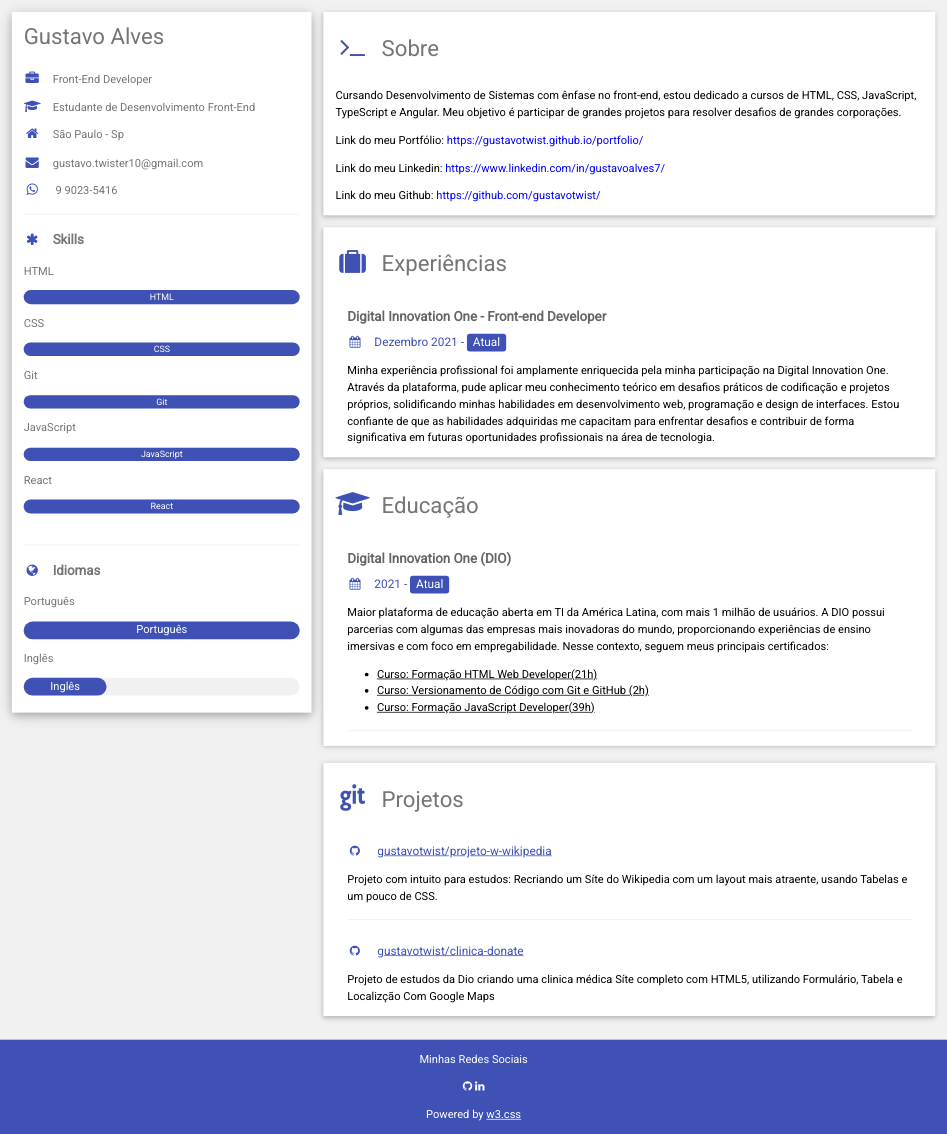
Repository: gustavotwist/cv
Page: index.html
An editor plug-in stored every save of this project. The page is shown before and after a run of saves, followed by the edit.
The browser window is 1280 px wide. The pictures show the whole page, at 74% of full size.

Above is the page before, as saved 2025-03-09 11:25:03.

### index.html
<!DOCTYPE html>
<!-- @falvojr: Reference article https://www.w3schools.com/howto/howto_website_create_resume.asp -->
<!-- @falvojr: Useful link to use fontawesome (fa) icons: https://fontawesome.com/v4/icons/ -->
<html lang="pt-BR">

  <head>
    <title>Gustavo Alves</title>

    <meta http-equiv="Content-Type" content="text/html; charset=UTF-8">
    <meta name="viewport" content="width=device-width, initial-scale=1">

    <link rel="stylesheet" href="https://www.w3schools.com/w3css/4/w3.css">
    <link rel='stylesheet' href='https://fonts.googleapis.com/css?family=Roboto'>
    <link rel="stylesheet" href="https://cdnjs.cloudflare.com/ajax/libs/font-awesome/4.7.0/css/font-awesome.min.css">

    <style>
      html,body,h1,h2,h3,h4,h5,h6 {font-family: "Roboto", sans-serif}
    </style>

  </head>

  <body class="w3-light-grey" cz-shortcut-listen="true">

    <!-- Page Container -->
    <div class="w3-content w3-margin-top" style="max-width:1400px;">

      <!-- The Grid -->
      <div class="w3-row-padding">

        <!-- Left Column -->
        <div class="w3-third">

          <div class="w3-white w3-text-grey w3-card-4">
            <!-- @falvojr: This container has been modified to not use a profile picture. -->
            <div class="w3-container">
              <h2>Gustavo Alves</h2>
            </div>
            <div class="w3-container">
              <p><i class="fa fa-briefcase fa-fw w3-margin-right w3-large w3-text-indigo"></i>Front-End Developer</p>
              <p><i class="fa fa-graduation-cap fa-fw w3-margin-right w3-large w3-text-indigo"></i>Estudante de Desenvolvimento Front-End</p>
              <p><i class="fa fa-home fa-fw w3-margin-right w3-large w3-text-indigo"></i>São Paulo - Sp</p>
              <p><i class="fa fa-envelope fa-fw w3-margin-right w3-large w3-text-indigo"></i><a href="mailto:gustavo.twister10@gmail.com" style="text-decoration: none;">gustavo.twister10@gmail.com</a></p>
              <p ><i class="fa fa-whatsapp fa-fw w3-margin-right w3-large w3-text-indigo"></i> <a href="tel:(11) 9 9023-5416" style="text-decoration: none;"> 9 9023-5416</a> </p>
              <hr>

              <p class="w3-large">
                <b><i class="fa fa-asterisk fa-fw w3-margin-right w3-text-indigo"></i>Skills</b>
              </p>
              <p>HTML</p>
              <div class="w3-light-grey w3-round-xlarge w3-small">
                <div class="w3-container w3-center w3-round-xlarge w3-indigo" style="width:100%">HTML</div>
              </div>
              <p>CSS</p>
              <div class="w3-light-grey w3-round-xlarge w3-small">
                <div class="w3-container w3-center w3-round-xlarge w3-indigo" style="width:100%">CSS</div>
              </div>
              <p>Git</p>
              <div class="w3-light-grey w3-round-xlarge w3-small">
                <div class="w3-container w3-center w3-round-xlarge w3-indigo" style="width:100%">Git</div>
              </div>
              <p>JavaScript</p>
              <div class="w3-light-grey w3-round-xlarge w3-small">
                <div class="w3-container w3-center w3-round-xlarge w3-indigo" style="width:100%">JavaScript</div>
              </div>
              <p>React</p>
              <div class="w3-light-grey w3-round-xlarge w3-small">
                <div class="w3-container w3-center w3-round-xlarge w3-indigo" style="width:100%">React</div>
              </div>
              <br>
              <hr>
              <p class="w3-large w3-text-theme">
                <b><i class="fa fa-globe fa-fw w3-margin-right w3-text-indigo"></i>Idiomas</b>
              </p>
              <p>Português</p>
              <div class="w3-light-grey w3-round-xlarge">
                <div class="w3-container w3-center w3-round-xlarge w3-indigo" style="height:24px;width:100%">Português</div>
              </div>
              <p>Inglês</p>
              <div class="w3-light-grey w3-round-xlarge">
                <div class="w3-container w3-center w3-round-xlarge w3-indigo" style="height:24px;width:30%">Inglês</div>
              </div>
              <br>
            </div>
          </div><br>

          <!-- End Left Column -->
        </div>

        <!-- Right Column -->
        <div class="w3-twothird">

          <div class="w3-container w3-card w3-white w3-margin-bottom">
            <h2 class="w3-text-grey w3-padding-16"><i class="fa fa-terminal fa-fw w3-margin-right w3-xxlarge w3-text-indigo"></i>Sobre</h2>
            <p>Cursando Desenvolvimento de Sistemas com ênfase no front-end, estou dedicado a cursos de HTML, CSS, JavaScript, TypeScript e Angular. Meu objetivo é participar de grandes projetos para resolver desafios de grandes corporações.</p>
            <p>Link do meu Portfólio: <a href="https://gustavotwist.github.io/portfolio/" target="_blank" style="color: blue; text-decoration: none;">https://gustavotwist.github.io/portfolio/</a></p>
            <p>Link do meu Linkedin: <a href="https://www.linkedin.com/in/gustavoalves7/" target="_blank" style="color: blue; text-decoration: none;">https://www.linkedin.com/in/gustavoalves7/</a></p>
            <p>Link do meu Github: <a href="https://github.com/gustavotwist/" target="_blank" style="color: blue; text-decoration: none;">https://github.com/gustavotwist/</a></p>
          </div>

          <div class="w3-container w3-card w3-white w3-margin-bottom">
            <h2 class="w3-text-grey w3-padding-16">
              <i class="fa fa-suitcase fa-fw w3-margin-right w3-xxlarge w3-text-indigo"></i>Experiências
            </h2>
            <div class="w3-container">
              <h5 class="w3-opacity"><b>Digital Innovation One - Front-end Developer</b></h5>
                <h6 class="w3-text-indigo"><i class="fa fa-calendar fa-fw w3-margin-right"></i>Dezembro 2021 - <span class="w3-tag w3-indigo w3-round">Atual</span></h6>
                <p>
                    Minha experiência profissional foi amplamente enriquecida pela minha participação na Digital Innovation One. Através da plataforma, pude aplicar meu conhecimento teórico em desafios práticos de codificação e projetos próprios, solidificando minhas habilidades em desenvolvimento web, programação e design de interfaces. Estou confiante de que as habilidades adquiridas me capacitam para enfrentar desafios e contribuir de forma significativa em futuras oportunidades profissionais na área de tecnologia.
                </p>

            </div>
          </div>

          <div class="w3-container w3-card w3-white">
            <h2 class="w3-text-grey w3-padding-16">
              <i class="fa fa-graduation-cap fa-fw w3-margin-right w3-xxlarge w3-text-indigo"></i>Educação
            </h2>
            <div class="w3-container">
              <h5 class="w3-opacity"><b>Digital Innovation One (DIO)</b></h5>
              <h6 class="w3-text-indigo"><i class="fa fa-calendar fa-fw w3-margin-right"></i>2021 - <span class="w3-tag w3-indigo w3-round">Atual</span></h6>
              <p>
                Maior plataforma de educação aberta em TI da América Latina, com mais 1 milhão de usuários.
                A DIO possui parcerias com algumas das empresas mais inovadoras do mundo, proporcionando experiências
                de ensino imersivas e com foco em empregabilidade. Nesse contexto, seguem meus principais certificados:
              </p>
              <ul>
                <li><a href="https://www.dio.me/certificate/VDSNYTO5" target="_blank">Curso: Formação HTML Web Developer(21h)</a></li>
                <li><a href="https://www.dio.me/certificate/EA66CA6A" target="_blank">Curso: Versionamento de Código com Git e GitHub (2h)</a></li>
                <li><a href="https://www.dio.me/certificate/OST0WIWG" target="_blank">Curso: Formação JavaScript Developer(39h)</a></li>
              </ul>
              <hr>
            </div>
          </div><br>
          <div class="w3-container w3-card w3-white w3-margin-bottom">
            <h2 class="w3-text-grey w3-padding-16">
              <i class="fa fa-git fa-fw w3-margin-right w3-xxlarge w3-text-indigo"></i>Projetos
            </h2>
            <div class="w3-container">
              <h6 class="w3-text-indigo">
                <i class="fa fa-github fa-fw w3-margin-right"></i>
                <a href="https://github.com/gustavotwist/projeto-w-wikipedia" target="_blank">gustavotwist/projeto-w-wikipedia</a>
              </h6>
              <p>Projeto com intuito para estudos: Recriando um Síte do Wikipedia com um layout mais atraente, usando Tabelas e um pouco de CSS.</p>
              <hr>
            </div>
            <div class="w3-container">
              <h6 class="w3-text-indigo">
                <i class="fa fa-github fa-fw w3-margin-right"></i>
                <a href="https://github.com/gustavotwist/clinica-donate" target="_blank">gustavotwist/clinica-donate</a>
              </h6>
              <p>Projeto de estudos da Dio criando uma clinica médica Síte completo com HTML5, utilizando Formulário, Tabela e Localizção Com Google Maps</p>
            </div>
          </div>

          <!-- End Right Column -->
        </div>

        <!-- End Grid -->
      </div>

      <!-- End Page Container -->
    </div>

    <footer class="w3-container w3-indigo w3-center w3-margin-top">
      <p>Minhas Redes Sociais</p>
      <a href="https://github.com/gustavotwist" target="_blank"><i class="fa fa-github w3-hover-opacity"></i></a>
      <a href="https://www.linkedin.com/in/gustavoalves7/" target="_blank"><i class="fa fa-linkedin w3-hover-opacity"></i></a>
      <p>Powered by <a href="https://www.w3schools.com/w3css/default.asp" target="_blank">w3.css</a></p>
    </footer>

  </body>

</html>

After the next 2 saves:
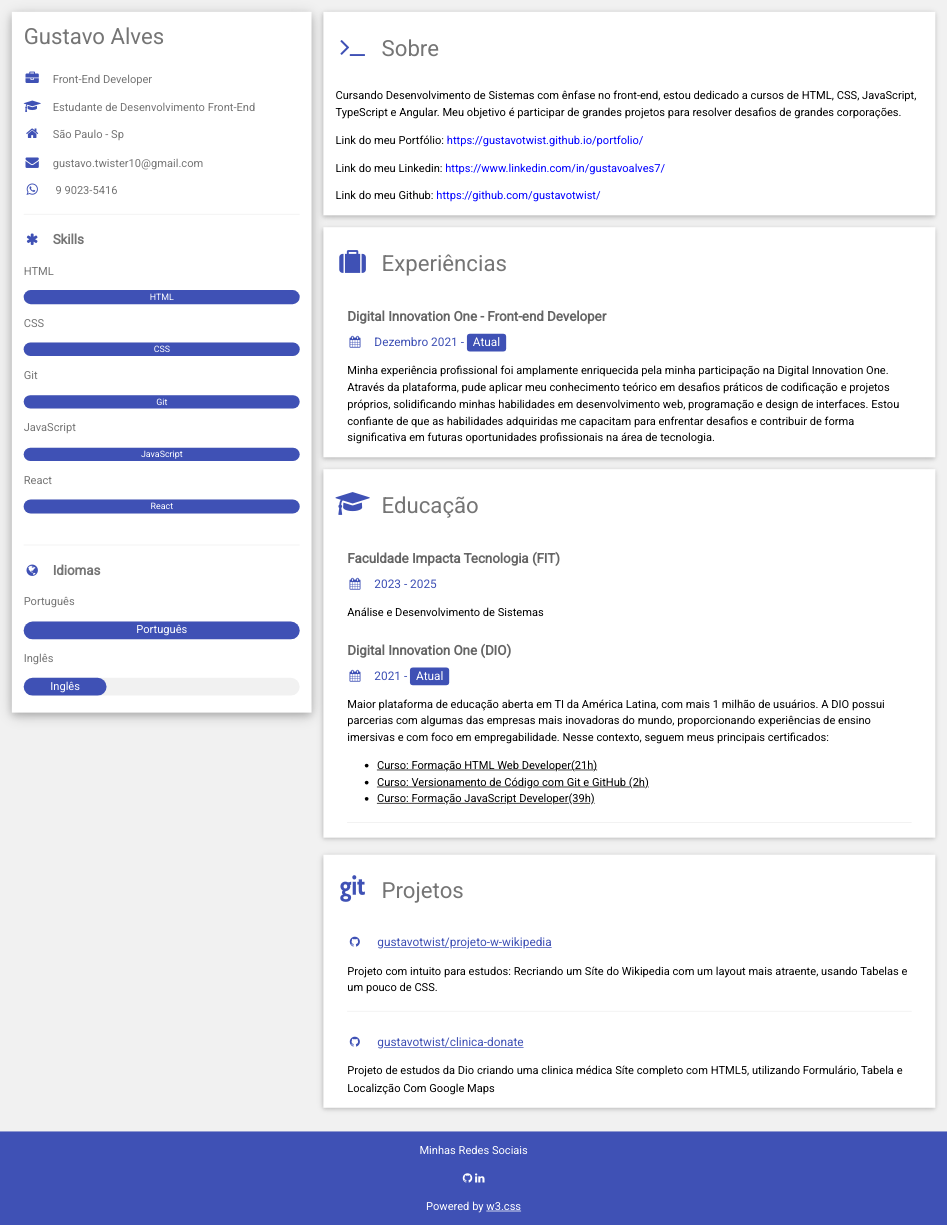
The 2 saves are shown as one change because they came seconds apart.
The last was saved 10 s later.
--- a/index.html
+++ b/index.html
@@ -116,6 +116,11 @@
               <i class="fa fa-graduation-cap fa-fw w3-margin-right w3-xxlarge w3-text-indigo"></i>Educação
             </h2>
             <div class="w3-container">
+              <h5 class="w3-opacity"><b>Faculdade Impacta Tecnologia (FIT)</b></h5>
+              <h6 class="w3-text-indigo"><i class="fa fa-calendar fa-fw w3-margin-right"></i>2023 - 2025</h6>
+              <p>Análise e Desenvolvimento de Sistemas</p>
+            </div>
+            <div class="w3-container">
               <h5 class="w3-opacity"><b>Digital Innovation One (DIO)</b></h5>
               <h6 class="w3-text-indigo"><i class="fa fa-calendar fa-fw w3-margin-right"></i>2021 - <span class="w3-tag w3-indigo w3-round">Atual</span></h6>
               <p>
